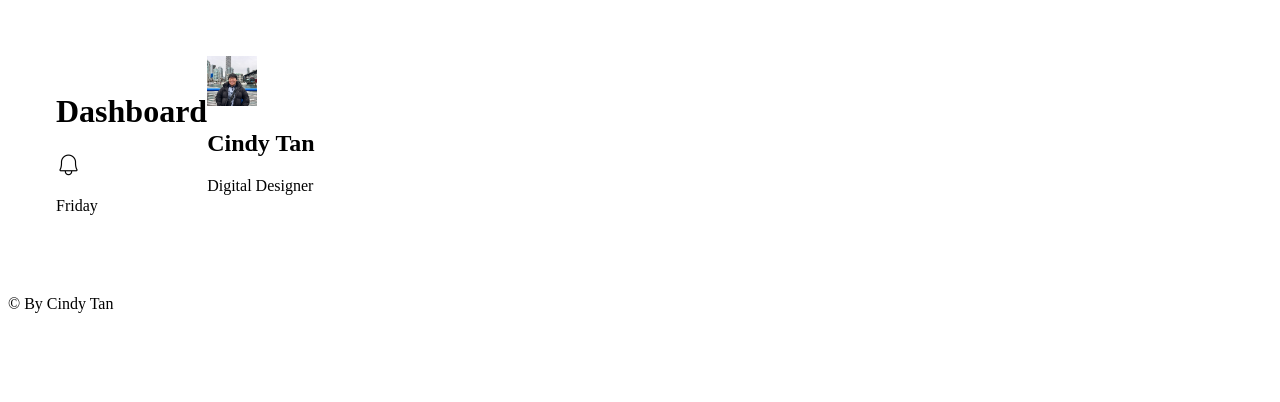
Repository: Cindy-tan/Assessment-_1
Page: /
The author's editor kept a copy of each file at every save. The page is drawn from the files as they stood at one save, then again after a run of saves.
The browser window is 1280 px wide. The pictures show the whole page.
The project was rebuilt for these pictures with package versions that can differ from the ones it lists, and the page was loaded fresh each time. The framework's server and built-in components were replaced by stand-ins that run in the browser. Also part of the build but not shown: next.config.js, components/Header/Header.module.css, components/Card/Card.module.css, components/Card/index.js, components/Footer/Footer.module.css, components/MenuItem/MenuItem.module.css, components/SideNavigation/SideNavigation.module.css.

Above is the page before, as saved 2024-01-18 23:21:48.

### pages/index.js
import Head from 'next/head'
import styles from '@/styles/Home.module.css'
import Header from '@/components/Header'
import Card from '@/components/Card'
import Footer from '@/components/Footer'
import MenuItem from '@/components/MenuItem'
import SideNavigation from '@/components/SideNavigation'



export default function Home() {

  return (
    <>
      <Head>
        <title>Assessment 1</title>
        <meta name="description" content="Generated by create next app" />
        <meta name="viewport" content="width=device-width, initial-scale=1" />
        <link rel="icon" href="/favicon.ico" />
      </Head>

      <main className={`${styles.main}`}>

        <Header/>
        <SideNavigation/>









      </main>
      <Footer/>
    </>
  )
}

### styles/globals.css
:root {
  --black: #000;
  --white: #fff;
  --blue: rgba(12, 72, 156, 1.0);

  --large-font: 20px;
  --medium-font: 17px;
  --small-font: 14px;

  --violet-red: rgb(219, 112, 147);
  --amaranth: rgb(159, 43, 104);
  --cerise: rgb(222, 49, 99);
  --steel-blue: rgb(40, 189, 218);
  --teal: rgb(20, 151, 176);
  --yellow: rgb(12, 97, 119);
}

### styles/Home.module.css
.main {
  display: flex;
  flex-direction: row;
  align-items: center;
  padding: 3rem;
  min-height: 20vh;
}

### components/Header/index.js
import styles from "./Header.module.css"
import Image from "next/image"

export default function Header() {
    return (
        <>
            <header>
                <h1>Dashboard</h1>
                <Image src="/images/bell.png" alt="bell" width={25} height={25}/>
                <p>Friday</p>
            </header>
        </>
    )
}

### components/Footer/index.js
import styles from "./Footer.module.css"

export default function Footer() {
    return(
        <>
            <footer className={styles.footer}>
               © By Cindy Tan
            </footer>
        </>
    )
}

### components/MenuItem/index.js
import styles from "./MenuItem.module.css"

export default function MenuItem({
    title = "",
    bgColor,
    textColor,
    tabLeft
})

{
    return (
        <>
            <div className={styles.menuItem} style={{backgroundColor: bgColor, color:textColor}}>
                {title}
            </div>
        </>
    )
}

### components/SideNavigation/index.js
import MenuItem from "../MenuItem"
import styles from "./SideNavigation.module.css"
import Image from "next/image"

export default function SideNavigation() {
    return (
        <>
            <div>
                <Image src="/images/profile.JPG" alt="profile" width={50} height={50}/>
                <h2>Cindy Tan</h2>
                <p>Digital Designer</p>
                <br/>
                <MenuItem title="Experiences" bgcolor={"var(--blue)"} textColor={"var(--white)"}/>

            </div>
        </>
    )
}

Loaded but not shown: pages/_app.js (common file); pages/_document.js (common file); components/Footer/Footer.module.css (no copy from this time; the picture is the same without it); components/MenuItem/MenuItem.module.css (no copy from this time; the picture is the same without it)

After the next 2 saves:
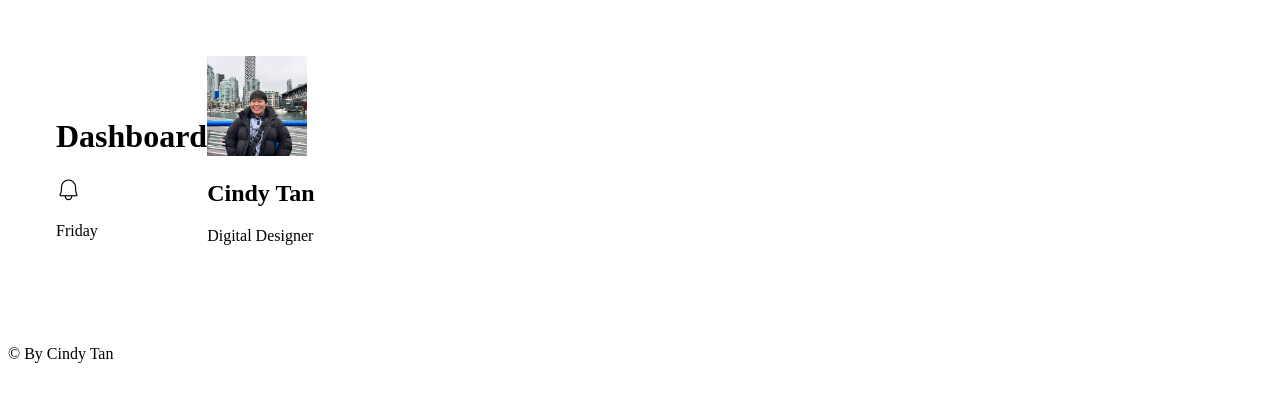
The 2 saves are shown as one change because they came seconds apart.
The last was saved 10 s later.
--- a/components/SideNavigation/index.js
+++ b/components/SideNavigation/index.js
@@ -6,7 +6,7 @@ export default function SideNavigation() {
     return (
         <>
             <div>
-                <Image src="/images/profile.JPG" alt="profile" width={50} height={50}/>
+                <Image src="/images/profile.JPG" alt="profile" width={100} height={100}/>
                 <h2>Cindy Tan</h2>
                 <p>Digital Designer</p>
                 <br/>
